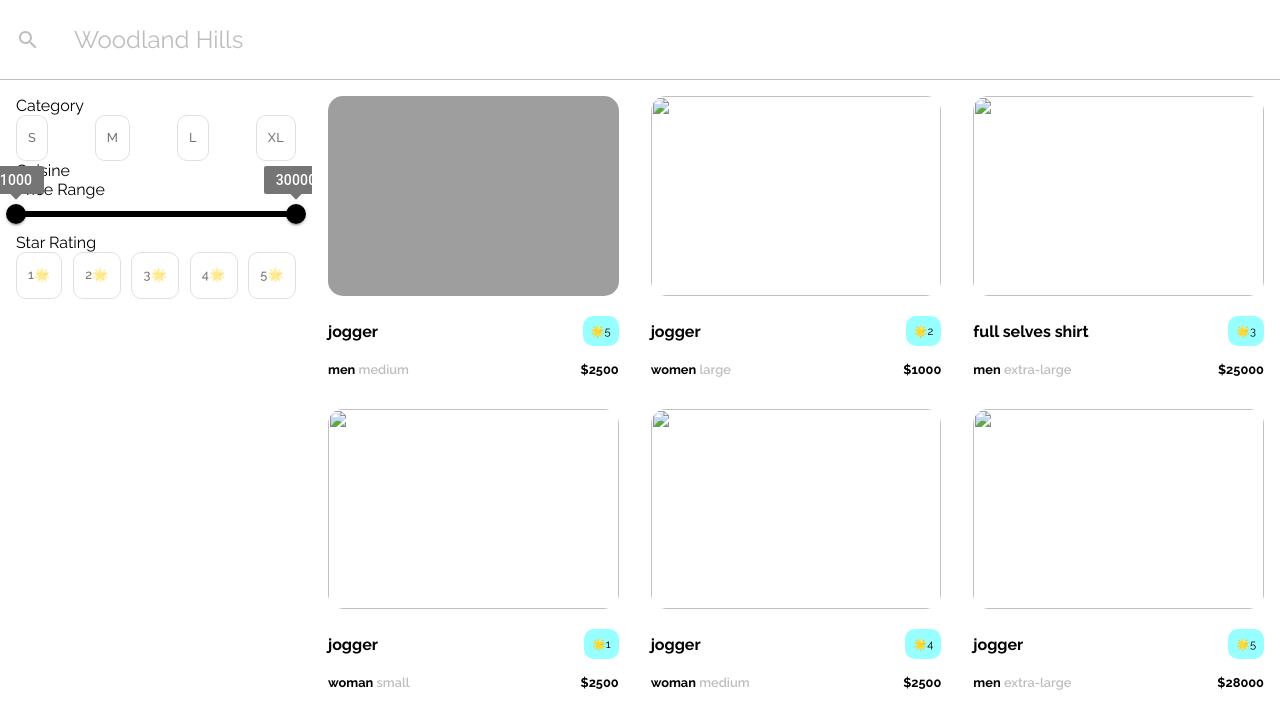
Repository: GokulDev4U/filter_product
Page: /
The author's editor kept a copy of each file at every save. The page is drawn from the files as they stood at one save, then again after the next save.
The browser window is 1280 px wide. The pictures show the whole page.
Pictures or frames that could not be fetched are drawn as grey boxes. An inner scrolling area shows only its first screen. The project was rebuilt for these pictures with package versions that can differ from the ones it lists, and the page was loaded fresh each time. Also part of the build but not shown: src/components/common/EmptyView/styles.css, src/components/common/EmptyView/index.jsx.

Above is the page before, as saved 2022-03-20 15:43:44.

### src/App.js
import React from "react";
import Home from "./pages/Home";
import "./App.css";

const App = () => <Home />;

export default App;

### src/pages/Home/index.jsx
import React, { useEffect, useState } from 'react';
import EmptyView from '../../components/common/EmptyView';
import FilterPanel from '../../components/Home/FilterPanel';
import List from '../../components/Home/List';
import SearchBar from '../../components/Home/SearchBar';
import { dataList } from '../../constants';
import './styles.css';

const Home = () => {
    const [selectedCategory, setSelectedCategory] = useState(null);
    const [selectedRating, setSelectedRating] = useState(null);
    const [selectedPrice, setSelectedPrice] = useState([1000, 30000]);

    const [cuisines, setCuisines] = useState([
        { id: 1, checked: false, label: 'MEN' },
        { id: 2, checked: false, label: 'Women' },
    ]);

    const [list, setList] = useState(dataList);
    const [resultsFound, setResultsFound] = useState(true);
    const [searchInput, setSearchInput] = useState('');

    const handleSelectCategory = (event, value) =>
        !value ? null : setSelectedCategory(value);

    const handleSelectRating = (event, value) =>
        !value ? null : setSelectedRating(value);

    const handleChangeChecked = (id) => {
        const cusinesStateList = cuisines;
        const changeCheckedCuisines = cusinesStateList.map((item) =>
            item.id === id ? { ...item, checked: !item.checked } : item
        );
        setCuisines(changeCheckedCuisines);
    };

    const handleChangePrice = (event, value) => {
        setSelectedPrice(value);
    };

    const applyFilters = () => {
        let updatedList = dataList;

        // Rating Filter
        if (selectedRating) {
            updatedList = updatedList.filter(
                (item) => parseInt(item.rating) === parseInt(selectedRating)
            );
        }

        // Category Filter
        if (selectedCategory) {
            updatedList = updatedList.filter(
                (item) => item.category === selectedCategory
            );
        }

        // Cuisine Filter
        const cuisinesChecked = cuisines
            .filter((item) => item.checked)
            .map((item) => item.label.toLowerCase());

        if (cuisinesChecked.length) {
            updatedList = updatedList.filter((item) =>
                cuisinesChecked.includes(item.cuisine)
            );
        }

        // Search Filter
        if (searchInput) {
            updatedList = updatedList.filter(
                (item) =>
                    item.title.toLowerCase().search(searchInput.toLowerCase().trim()) !==
                    -1
            );
        }

        // Price Filter
        const minPrice = selectedPrice[0];
        const maxPrice = selectedPrice[1];

        updatedList = updatedList.filter(
            (item) => item.price >= minPrice && item.price <= maxPrice
        );

        setList(updatedList);

        !updatedList.length ? setResultsFound(false) : setResultsFound(true);
    };

    useEffect(() => {
        applyFilters();
    }, [selectedRating, selectedCategory, cuisines, searchInput, selectedPrice]);

    return (
        <div className='home'>
            {/* Search Bar */}
            <SearchBar
                value={searchInput}
                changeInput={(e) => setSearchInput(e.target.value)}
            />
            <div className='home_panelList-wrap'>
                {/* Filter Panel */}
                <div className='home_panel-wrap'>
                    <FilterPanel
                        selectedCategory={selectedCategory}
                        selectCategory={handleSelectCategory}
                        selectedRating={selectedRating}
                        selectedPrice={selectedPrice}
                        selectRating={handleSelectRating}
                        cuisines={cuisines}
                        changeChecked={handleChangeChecked}
                        changePrice={handleChangePrice}
                    />
                </div>
                {/* List & Empty View */}
                <div className='home_list-wrap'>
                    {resultsFound ? <List list={list} /> : <EmptyView />}
                </div>
            </div>
        </div>
    );
};

export default Home;

### src/App.css
@import url("https://fonts.googleapis.com/css2?family=Raleway:ital,wght@0,100;0,200;0,300;0,400;0,500;0,600;0,700;0,800;0,900;1,100;1,200;1,300;1,400;1,500;1,600;1,700;1,800;1,900&display=swap");

*,
*::after,
*::before {
  margin: 0;
}

body {
  font-family: "Raleway", sans-serif;
}

input {
  font-family: "Raleway", sans-serif;
}

/* Hide scrollbar for Chrome, Safari and Opera */
::-webkit-scrollbar {
  display: none;
}

/* Hide scrollbar for IE, Edge and Firefox */
body {
  -ms-overflow-style: none; /* IE and Edge */
  scrollbar-width: none; /* Firefox */
}

### src/components/Home/FilterPanel/index.jsx
import React from 'react';
import { categoryList, ratingList } from '../../../constants';
import CheckboxProton from '../../common/CheckboxProton';
import FilterListToggle from '../../common/FilterListToggle';
import SliderProton from '../../common/SliderProton';
import './styles.css';

const FilterPanel = ({
    selectedCategory,
    selectCategory,
    selectedRating,
    selectedPrice,
    selectRating,
    cuisines,
    changeChecked,
    changePrice,
}) => (
    <div>
        <div className='input-group'>
            <p className='label'>Category</p>
            <FilterListToggle
                options={categoryList}
                value={selectedCategory}
                selectToggle={selectCategory}
            />
        </div>
        <div className='input-group'>
            <p className='label'>Cuisine</p>
            {cuisines.map((cuisine) => (
                <CheckboxProton
                    key={cuisine.id}
                    cuisine={cuisine}
                    changeChecked={changeChecked}
                />
            ))}
        </div>
        <div className='input-group'>
            <p className='label-range'>Price Range</p>
            <SliderProton value={selectedPrice} changePrice={changePrice} />
        </div>
        <div className='input-group'>
            <p className='label'>Star Rating</p>
            <FilterListToggle
                options={ratingList}
                value={selectedRating}
                selectToggle={selectRating}
            />
        </div>
    </div>
);

export default FilterPanel;

### src/components/Home/List/index.jsx
import React from 'react';
import ListItem from './ListItem';
import './styles.css';

const List = ({ list }) => (
    <div className='list-wrap'>
        {list.map((item) => (
            <ListItem key={item.id} item={item} />
        ))}
    </div>
);

export default List;

### src/components/Home/SearchBar/index.jsx
import React from 'react';
import './styles.css';
import SearchIcon from '@mui/icons-material/Search';

const SearchBar = ({ value, changeInput }) => (
    <div className='searchBar-wrap'>
        <SearchIcon className='searchBar-icon' />
        <input
            type='text'
            placeholder='Woodland Hills'
            value={value}
            onChange={changeInput}
        />
    </div>
);

export default SearchBar;

### src/constants/index.js
export const categoryList = [
  {
    id: 1,
    value: "small",
    label: "s",
  },
  {
    id: 2,
    value: "medium",
    label: "m",
  },
  {
    id: 3,
    value: "large",
    label: "l",
  },
  {
    id: 4,
    value: "extra-large",
    label: "xl",
  },
];

// export const highLowList = [
//   {
//     id: 1,
//     value: "small",
//     label: "",
//   },
//   {
//     id: 2,
//     value: "medium",
//     label: "m",
//   },
// ];

export const ratingList = [
  {
    id: 1,
    value: "1",
    label: "1🌟",
  },
  {
    id: 2,
    value: "2",
    label: "2🌟",
  },
  {
    id: 3,
    value: "3",
    label: "3🌟",
  },
  {
    id: 4,
    value: "4",
    label: "4🌟",
  },
  {
    id: 5,
    value: "5",
    label: "5🌟",
  },
];

export const dataList = [
  {
    id: 1,
    title: "jogger",
    category: "men",
    brand: "adidas", //checkbox
    size: "medium",
    rating: 5,
    price: 2500,
    coverSrc:
      "https://assets.myntassets.com/h_1440,q_90,w_1080/v1/assets/images/16740710/2022/1/27/8741c976-79a4-449b-b448-59609bdc47541643275980430-ADIDAS-Men-Track-Pants-3281643275979689-1.jpg",
  },
  {
    id: 2,
    title: "jogger",
    category: "women",
    brand: "puma", //checkbox
    size: "large",
    rating: 2,
    price: 1000,
    coverSrc: "",
  },
  {
    id: 3,
    title: "full selves shirt",
    category: "men",
    brand: "balmain", //checkbox
    size: "extra-large",
    rating: 3,
    price: 25000,
    coverSrc: "",
  },
  {
    id: 4,
    title: "jogger",
    category: "woman",
    brand: "allen solly", //checkbox
    size: "small",
    rating: 1,
    price: 2500,
    coverSrc: "",
  },
  {
    id: 5,
    title: "jogger",
    category: "woman",
    brand: "levis", //checkbox
    size: "medium",
    rating: 4,
    price: 2500,
    coverSrc: "",
  },
  {
    id: 6,
    title: "jogger",
    category: "men",
    brand: "balmin", //checkbox
    size: "extra-large",
    rating: 5,
    price: 28000,
    coverSrc: "",
  },
  {
    id: 7,
    title: "jogger",
    category: "women",
    brand: "adidas", //checkbox
    size: "large",
    rating: 2,
    price: 5000,
    coverSrc: "",
  },
];

### src/pages/Home/styles.css
.home {
  display: flex;
  flex-direction: column;
  height: 100vh;
}
.home_panelList-wrap,
.home_panel-wrap,
.home_list-wrap {
  overflow-y: auto;
}

.home_panelList-wrap {
  flex: 1;
  display: flex;
}
.home_panel-wrap {
  flex-basis: 280px;
  padding: 1rem;
}
.home_list-wrap {
  flex: 1;
  padding: 1rem;
}

### src/components/common/CheckboxProton/index.jsx
import React from 'react';
import Checkbox from '@mui/material/Checkbox';
import { makeStyles } from '@mui/styles';
import FormControlLabel from '@mui/material/FormControl';

const useStyles = makeStyles({
    root: {
        '&$checked': {
            color: '#000',
        },
    },
    checked: {},
    wrap: {
        width: '100%',
        display: 'flex',
        flexDirection: 'row-reverse',
        justifyContent: 'space-between',
        alignItems: 'center',
        marginLeft: 0,
    },
    label: {
        fontSize: '.8rem',
        fontFamily: `'Raleway', sans-serif`,
    },
});

const CheckboxProton = ({ changeChecked, cuisine }) => {
    const classes = useStyles();
    const { checked, label, id } = cuisine;
    return (
        <div>
            <FormControlLabel
                classes={{
                    label: classes.label,
                    root: classes.wrap,
                }}
                control={
                    <Checkbox
                        classes={{
                            checked: classes.checked,
                            root: classes.root,
                        }}
                        size='small'
                        checked={checked}
                        onChange={() => changeChecked(id)}
                        inputProps={{ 'aria-label': 'checkbox with small size' }}
                    />
                }
                label={label}
            />
        </div>
    );
};

export default CheckboxProton;

### src/components/common/FilterListToggle/index.jsx
import React from 'react';
import ToggleButton from '@mui/material/ToggleButton';
import ToggleButtonGroup from '@mui/material/ToggleButtonGroup';
import { makeStyles } from '@mui/styles';

const useStyles = makeStyles({
    root: {
        width: '100%',
        justifyContent: 'space-between',
    },
    toggle: {
        fontFamily: `'Raleway', sans-serif`,
        fontSize: '.8rem',
        border: '1px solid rgba(0, 0, 0, 0.12)',
        borderRadius: '10px',
        '&.MuiToggleButtonGroup-groupedHorizontal:not(:last-child)': {
            borderRadius: '10px',
        },
        '&.MuiToggleButtonGroup-groupedHorizontal:not(:first-child)': {
            borderRadius: '10px',
            border: '1px solid rgba(0, 0, 0, 0.12)',
        },
        '&.Mui-selected': {
            borderRadius: '10px',
            background: '#000',
            color: '#fff',
        },
        '&.MuiToggleButton-root': {
            '&:hover': {
                background: '#000',
                color: '#fff',
            },
        },
    },
});

const FilterListToggle = ({ options, value, selectToggle }) => {
    const classes = useStyles();
    return (
        <ToggleButtonGroup
            value={value}
            exclusive
            onChange={selectToggle}
            className={classes.root}
        >
            {options.map(({ label, id, value }) => (
                <ToggleButton className={classes.toggle} key={id} value={value}>
                    {label}
                </ToggleButton>
            ))}
        </ToggleButtonGroup>
    );
};

export default FilterListToggle;

### src/components/common/SliderProton/index.jsx
import React from 'react';
import { makeStyles } from '@mui/styles';
// import Typography from '@mui/Typography';
import Slider from '@mui/material/Slider';

const useStyles = makeStyles({
    root: {
        width: '100%',
    },
    thumb: {
        color: '#000',
    },
    rail: {
        color: `rgba(0, 0, 0, 0.26)`,
    },
    track: {
        color: '#000',
    },
});

const SliderProton = ({ value, changePrice }) => {
    const classes = useStyles();

    return (
        <div className={classes.root}>
            <Slider
                value={value}
                onChange={changePrice}
                valueLabelDisplay='on'
                min={1000}
                max={30000}
                classes={{
                    thumb: classes.thumb,
                    rail: classes.rail,
                    track: classes.track,
                }}
            />
        </div>
    );
};

export default SliderProton;

### src/components/Home/List/ListItem/index.jsx
import React from 'react';
import './styles.css';

const ListItem = ({
    item: { coverSrc, title, price, category, brand, size, rating },
}) => (
    <div className='listItem-wrap'>
        <img src={coverSrc} alt='' />
        <header>
            <h4>{title}</h4>
            <span>🌟{rating}</span>
        </header>
        <footer>
            <p>
                <b>{category}</b>  <span>{size}</span>
            </p>
            <p>
                <b>${price}</b>
            </p>
        </footer>
    </div>
);

export default ListItem;

### src/components/Home/List/styles.css
.list-wrap {
  display: grid;
  grid-template-columns: repeat(3, 1fr);
  grid-gap: 2rem;
}

### src/components/Home/SearchBar/styles.css
.searchBar-wrap {
  display: flex;
  align-items: center;
  border-bottom: 1px solid rgba(0, 0, 0, 0.26);
  padding: 1.5rem 1rem;
}
.searchBar-icon {
  color: rgba(0, 0, 0, 0.26);
  margin-right: 2rem;
}

.searchBar-wrap input {
  font-size: 1.5rem;
  outline: none;
  border: none;
  width: 100%;
}

.searchBar-wrap input::placeholder {
  color: rgba(0, 0, 0, 0.26);
}

### src/components/Home/List/ListItem/styles.css
.listItem-wrap img {
  width: 100%;
  border-radius: 15px;
  height: 200px;
  object-fit: cover;
}
.listItem-wrap header {
  display: flex;
  justify-content: space-between;
  margin: 1rem 0 1rem 0;
  align-items: center;
}

.listItem-wrap header span {
  font-size: 0.7rem;
  background-color: #97ffff;
  padding: 0.5rem;
  border-radius: 10px;
}
.listItem-wrap footer {
  font-size: 0.8rem;
  display: flex;
  align-items: center;
  justify-content: space-between;
}
.listItem-wrap footer p:first-child span {
  color: rgba(0, 0, 0, 0.26);
  font-weight: 600;
}

Loaded but not shown: public/index.html (common file); src/index.js (common file); src/index.css (common file); src/components/Home/FilterPanel/styles.css (no stored copy; drawn as an empty file)

After the next save:
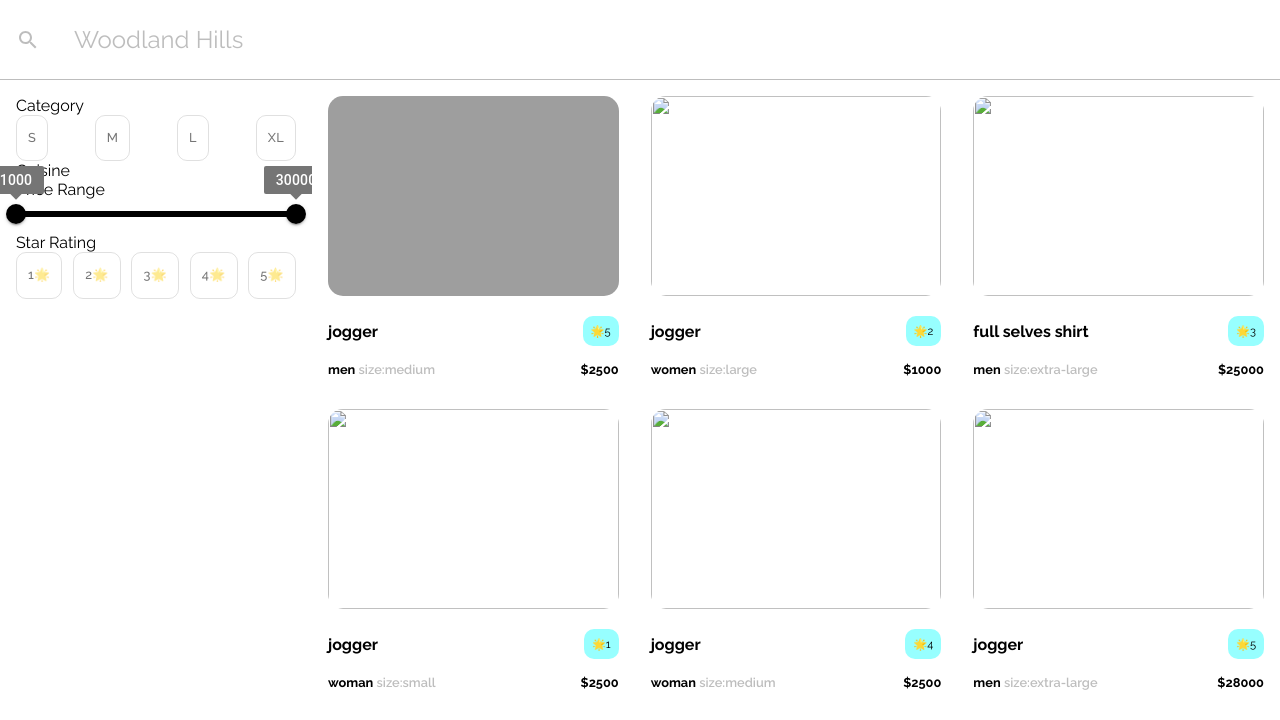
Saved 16 s later.
--- a/src/components/Home/List/ListItem/index.jsx
+++ b/src/components/Home/List/ListItem/index.jsx
@@ -12,7 +12,7 @@ const ListItem = ({
         </header>
         <footer>
             <p>
-                <b>{category}</b>  <span>{size}</span>
+                <b>{category}</b>  <span>size:{size}</span>
             </p>
             <p>
                 <b>${price}</b>
